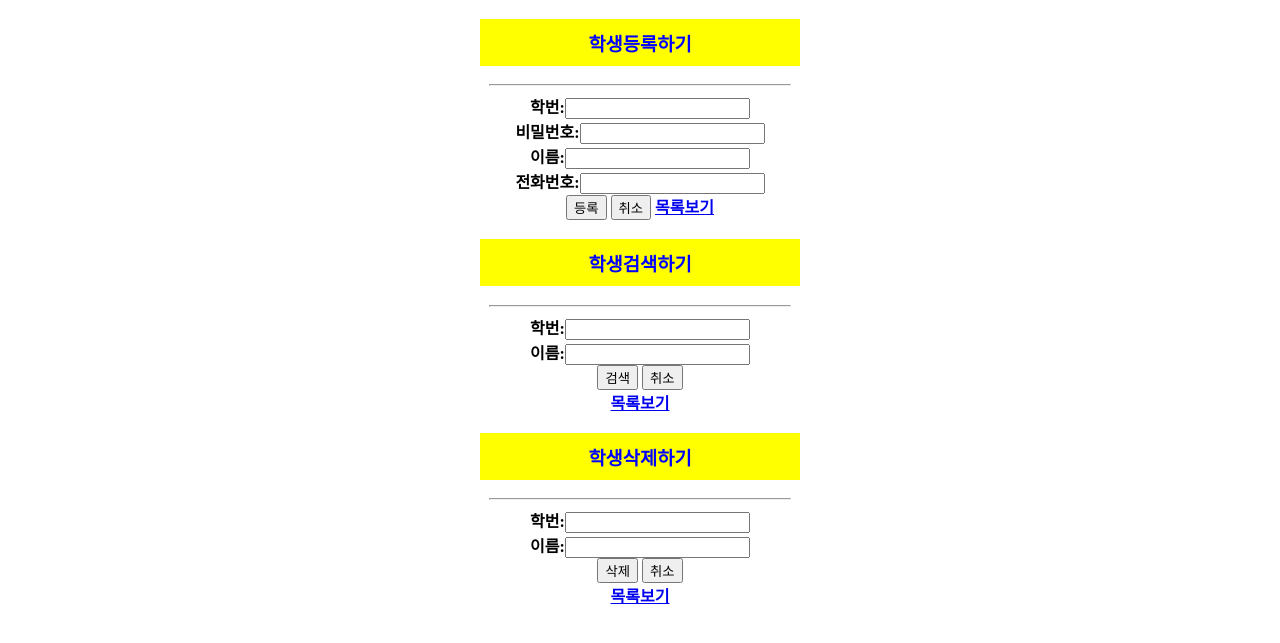
Repository: jiyun1615/bit_java_webProgramming
Page: http://localhost/mvc1_Student/student_2.jsp
The author's editor kept a copy of each file at every save. The page is drawn from the files as they stood at one save, then again after the next save.
The browser window is 1280 px wide. The pictures show the whole page.
The page is served by Tomcat 9.

Above is the page before, as saved 2022-01-25 02:18:37.

### 0125/mvc1_Student/src/main/webapp/student_2.jsp
<%@ page language="java" contentType="text/html; charset=UTF-8"
	pageEncoding="UTF-8"%>
<!DOCTYPE html>
<html>
<head>
<meta charset="UTF-8">
<title>student_1.jsp</title>
<style>
h3 {
	background: yellow;
	color: blue;
	width: 300px;
	padding: 10px;
}
</style>
</head>
<body>
	<center>
		<b>
			<h3>학생등록하기</h3>
			<hr width=300>
			<form action="insert2.jsp">
				학번:<input type="text" name="no" /><br> 비밀번호:<input type="text"
					name="pw" /><br> 이름:<input type="text" name="name" /><br>
				전화번호:<input type="text" name="hp" /><br> <input type="submit"
					value="등록" /> <input type="reset" value="취소" /> <a href="list.jsp">목록보기</a>
			</form>

			<form action="find2.jsp">
				<h3>학생검색하기</h3>
				<hr width=300>
				학번:<input type="text" name="no" /><br> 이름:<input type="text"
					name="name" /><br> <input type="submit" value="검색" /> <input
					type="reset" value="취소" />
			</form> <a href="list.jsp">목록보기</a>

			<h3>학생삭제하기</h3>
			<hr width=300>
			<form action="delete2.jsp">
				학번:<input type="text" name="no" /><br> 이름:<input type="text"
					name="name" /><br> <input type="submit" value="삭제" /> <input
					type="reset" value="취소" />
			</form> <a href="list.jsp">목록보기</a>
		</b>
	</center>
</body>
</html>

After the next save:
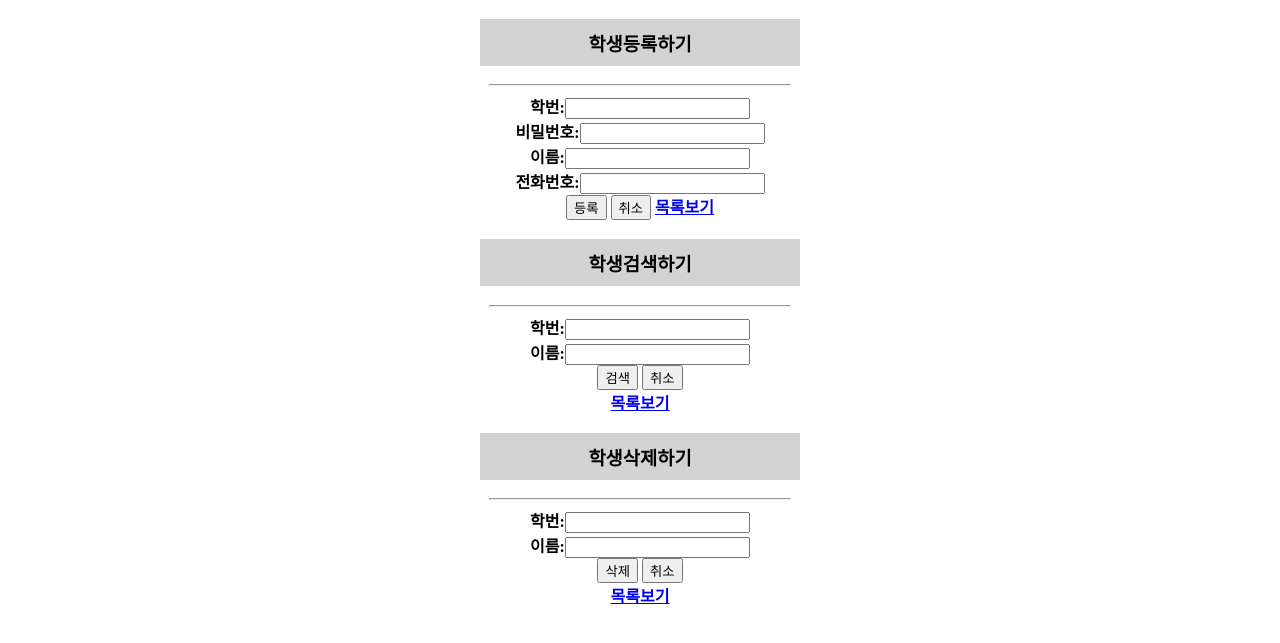
Saved 44 s later.
--- a/0125/mvc1_Student/src/main/webapp/student_2.jsp
+++ b/0125/mvc1_Student/src/main/webapp/student_2.jsp
@@ -4,11 +4,11 @@
 <html>
 <head>
 <meta charset="UTF-8">
-<title>student_1.jsp</title>
+<title>student_2.jsp</title>
 <style>
 h3 {
-	background: yellow;
-	color: blue;
+	background: lightgray;
+	color: black;
 	width: 300px;
 	padding: 10px;
 }
